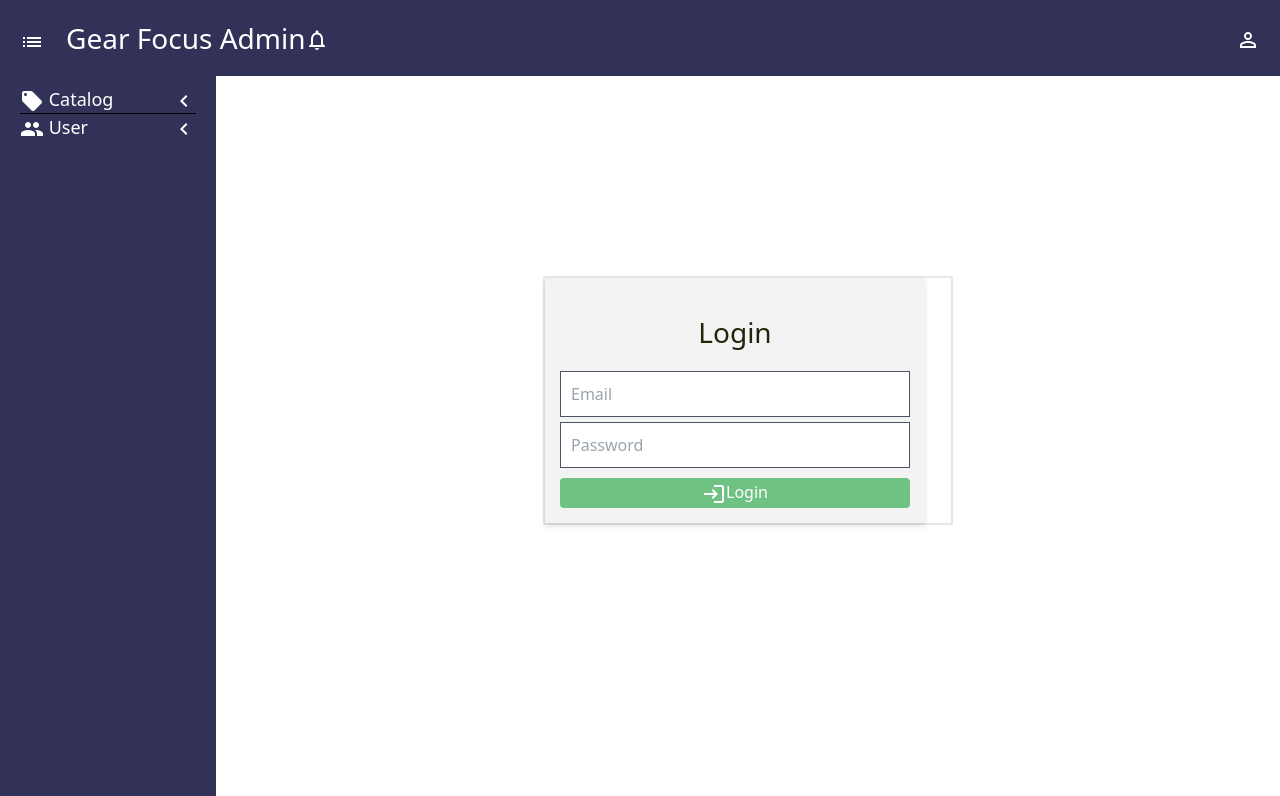
Repository: Kiendz3202/projectFinalPGS
Page: /home
The author's editor kept a copy of each file at every save. The page is drawn from the files as they stood at one save, then again after the next save.
The browser window is 1280 px wide. The pictures show the whole page.
The project was rebuilt for these pictures with package versions that can differ from the ones it lists, and the page was loaded fresh each time. Also part of the build but not shown: src/App.css, src/pages/HomePage.tsx.

Above is the page before, as saved 2022-03-07 23:16:14.

### src/index.tsx
import React from 'react';
import ReactDOM from 'react-dom';
import './index.css';
import App from './App';
import { BrowserRouter} from 'react-router-dom'

ReactDOM.render(
  <BrowserRouter>
    <App />
  </BrowserRouter>,
  document.getElementById('root')
);

### src/App.tsx
import React, { Fragment } from 'react';
import logo from './logo.svg';
import './App.css';
import LoginPage from './pages/LoginPage';
import Router from './Router';
import Header from './components/header/Header';
import Navbar from './components/navbar/Navbar';

function App() {
  return (
    <Fragment>
    <Header />
    <div className='flex w-full'>
    <Navbar />
    <Router />
    </div>
    </Fragment>
  );
}

export default App;

### src/Router.tsx
import React, { lazy } from 'react';
import { Route, Routes,BrowserRouter,Navigate } from 'react-router-dom';
import {ROUTES} from './config/Routes'
import ProtectedRoute from './ProtectedRoute';
import { Suspense } from 'react';


const HomePage = lazy(() => import('./pages/HomePage'));
const LoginPage = lazy(() => import('./pages/LoginPage'));

interface Props {}

const Router = (props: Props) => {

  return (
    <Suspense fallback={<div>Loading.....</div>}>
      <Routes>
        <Route path={ROUTES.login} element={<LoginPage />} />
        <Route path={ROUTES.home} element={<ProtectedRoute />} />
        <Route path="/" element={<Navigate to={ROUTES.login} />} />
      </Routes>
    </Suspense>
  );
};

export default Router

### src/components/header/Header.tsx
import React from 'react'
import ListIcon from '@mui/icons-material/List';
import NotificationsNoneIcon from '@mui/icons-material/NotificationsNone';
import PersonOutlineIcon from '@mui/icons-material/PersonOutline';

function Header() {
  return (
    <div className='w-full p-[20px] bg-[#323259] text-white'>
        <div className='w-full flex justify-between h-[36px] '>
        <div className='leading-[36px]'>
            <ul className='flex'>
                <li className='text-[28px] mr-[22px]'><ListIcon /></li>
                <li className='text-[28px]'>Gear Focus Admin</li>
                <li className=' text-[20px]'><NotificationsNoneIcon /></li>
            </ul>
        </div>
        <div className='leading-[36px]'>
            <PersonOutlineIcon />
        </div>
        </div>
    </div>
  )
}

export default Header

### src/components/navbar/Navbar.tsx
import React from 'react'
import GroupIcon from '@mui/icons-material/Group';
import LocalOfferIcon from '@mui/icons-material/LocalOffer';
import ChevronLeftIcon from '@mui/icons-material/ChevronLeft';

function Navbar() {
  return (
    <div className=' w-[216px] max-w-[216px] px-[20px] py-[10px] h-screen bg-[#323259] text-white'>
        <ul>
            <div className='flex justify-between text-[18px] border-b-[1px] border-black'>
                <li><LocalOfferIcon className=' text-xs' /> Catalog</li>
                <li><ChevronLeftIcon /></li>
            </div>
            <div className='flex justify-between text-[18px]'>
                <li><GroupIcon /> User</li>
                <li><ChevronLeftIcon /></li>
            </div>
        </ul>
    </div>
  )
}

export default Navbar

### src/config/Routes.tsx
export const ROUTES = {
    home:'/home',
    login:'/login'
}

### src/ProtectedRoute.tsx
import React from 'react'
import { Navigate, Route,RouteProps } from 'react-router-dom'
// import {Redirect} from 'react-router-dom'
import {ROUTES} from './config/Routes'
import HomePage from './pages/HomePage'


interface Props extends RouteProps {}

function ProtectedRoute(props: Props) {
  const {...rest} = props
  const auth = sessionStorage.getItem('statusText')
  if(auth == 'OK'){
    return <HomePage />
  }
  return (
    <Navigate to={ROUTES.login} />
  )
}

export default ProtectedRoute

// import React from 'react';
// import { Redirect, Route, RouteProps } from 'react-router-dom';
// import { ROUTES } from '../../../configs/routes';
// import Cookies from 'js-cookie';
// import { ACCESS_TOKEN_KEY } from '../../../utils/constants';
// import { RouteSharp } from '@mui/icons-material';

// interface Props extends RouteProps {}

// const ProtectedRoute = (props: Props) => {
//   const { ...rest } = props;
//   const auth = Cookies.get(ACCESS_TOKEN_KEY);

//   if (auth) {
//     return <Route {...rest} />;
//   }

//   return (
//     <Redirect
//       to={{
//         pathname: ROUTES.login,
//       }}
//     />
//   );
// };

// export default ProtectedRoute;

### src/pages/LoginPage.tsx
import React,{useState} from 'react'
import { useNavigate } from 'react-router-dom';
import { ILoginValidation } from '../components/auth/auth'
import Login from '../components/auth/Login'


function LoginPage() {
    const [loading, setLoading] = useState(false);
    const [errorMessage, setErrorMessage] = useState('');
    const navigate = useNavigate()
    const onLogin = async (value:ILoginValidation) =>{
      try{
        const response = await fetch('https://api.gearfocus.div4.pgtest.co/api/authentication/login',{
        method:'POST',
        headers:{
          'Content-Type': 'application/json'
        },
        body:JSON.stringify({
          email:value.email,
          password:value.password
        })
      })
      if(!response){
        throw new Error('something wrong')
        return;
      }
      // console.log(response)
        sessionStorage.setItem("statusText",response.statusText)
        navigate('/home')
      }catch(errorMessage){
        console.warn(errorMessage)
      }
    }

    return (
        <Login onLogin={onLogin} loading={loading} errorMessage={errorMessage} />
    )
}

export default LoginPage

### src/components/auth/Login.tsx
import React, { useState } from 'react'
import LoginIcon from '@mui/icons-material/Login';
import { ILoginValidation } from './auth';
import ValidateLoginForm from './ValidateLoginForm';

interface Props{
    onLogin(value:ILoginValidation):void;
    loading:boolean;
    errorMessage:string
}

const InvalidEmailWarn = () => {
    return <p>InValid email address</p>
}
const InvalidPasswordWarn = () => {
    return <p>Invalid password. Password must be at least 6 characters long, and capital letter at the beginning.</p>
}

function Login(props:Props) {
    const {onLogin,loading,errorMessage} = props;
    const [formValue,setFormValue] = useState({email:'',password:''})
    const [isValidated,setIsValidated] = useState({email:'',password:''})
    const [email,setEmail] = useState('');
    const [password,setPassword] = useState('');
    // const onSubmit = React.useCallback((e: React.FormEvent<HTMLElement>) =>{
        // e.preventDefault();
        // setIsValidated(ValidateLoginForm(formValue));
        // if(isValidated.email && isValidated.password){
        //     onLogin(formValue);
        // }else{
        //     return;
        // }
        // console.log(isValidated)
            // onLogin(formValue))
    // }
    const valid = (value:ILoginValidation) =>{
        if(value.email === '' && value.password === ''){
            return true
        }else{
            return false
        }
    }
    const onSubmit = React.useCallback(() => {
        setIsValidated(ValidateLoginForm(formValue));
        console.log(ValidateLoginForm(formValue))
        console.log(valid(ValidateLoginForm(formValue)))
        if (!valid(ValidateLoginForm(formValue))) {
            return;
          }

          onLogin(formValue);

      }, [formValue, onLogin]);
    return (
        <div className=' max-w-[410px] w-full m-auto border-2 mt-[200px]'>
            <form  onSubmit={(e) => {
        e.preventDefault();
        onSubmit();
      }} className='flex flex-col w-[380px] p-[15px] bg-[#f3f3f3] drop-shadow-md'>
                <p className=' text-center text-[#212509] text-[28px] my-[18px]'>Login</p>
                <div className=' justify-center mb-[5px] '>
                    <input onChange={(e) => setFormValue({...formValue,email:e.target.value})} value={formValue.email} type="text" className='w-full p-[10px] border border-gray-600 outline-blue-300' placeholder='Email' />
                    {isValidated.email ?? <p>{isValidated.email}</p>}
                </div>
                <div className=' justify-center mb-[10px] '>
                    <input onChange={(e) => setFormValue({...formValue,password:e.target.value})} value={formValue.password} type="password" className='w-full p-[10px] border border-gray-600 outline-blue-300' placeholder='Password' />
                    {isValidated.password ?? <p>{isValidated.password}</p>}
                </div>
                <button className=' bg-[#70c282] h-[30px] rounded text-white font-medium'>
                    <LoginIcon />
                    Login
                </button>
                {errorMessage ?? <p>email or password is wrong!</p>}
            </form>
        </div>
    )
}

export default Login

### src/components/auth/ValidateLoginForm.tsx
import React from 'react'
import { ILoginValidation } from './auth';

export function ValidateEmail(email:string) {
    let isValidated = String(email)
    .toLowerCase()
    .match(
      /^(([^<>()[\]\\.,;:\s@"]+(\.[^<>()[\]\\.,;:\s@"]+)*)|(".+"))@((\[[0-9]{1,3}\.[0-9]{1,3}\.[0-9]{1,3}\.[0-9]{1,3}\])|(([a-zA-Z\-0-9]+\.)+[a-zA-Z]{2,}))$/
    )
    if(isValidated){
        return '';
    }else{
        return 'emailInvalid'
    }
}
export function ValidatePassword(password:string){
    if(password.length >= 6){
        return ''
    }else{
        return 'min length is 6 characters'
    }
}
export default function ValidateLoginForm(formValue:ILoginValidation){
    return {
        email:ValidateEmail(formValue.email),
        password:ValidatePassword(formValue.password)
    }
}

Loaded but not shown: public/index.html (common file); src/index.css (common file); tailwind.config.js (common file)

After the next save:
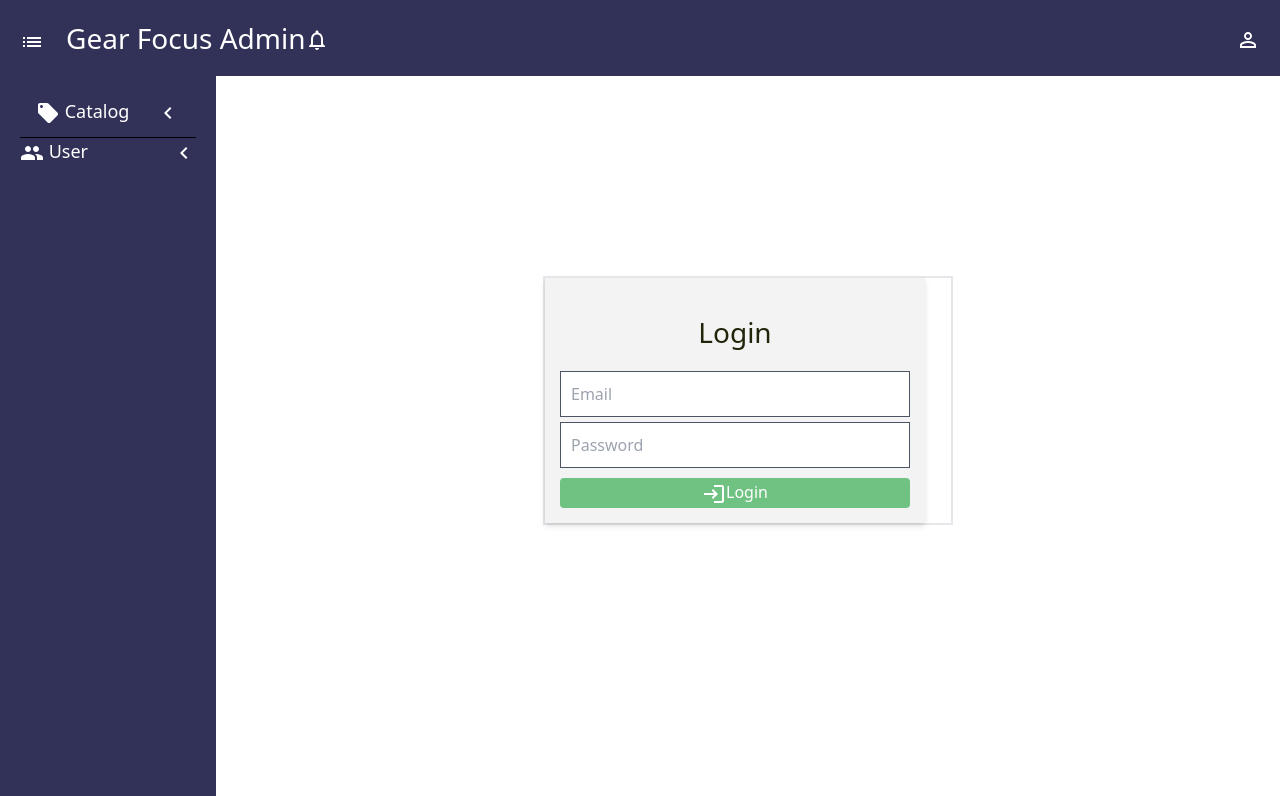
Saved 34 s later.
--- a/src/components/navbar/Navbar.tsx
+++ b/src/components/navbar/Navbar.tsx
@@ -7,7 +7,7 @@ function Navbar() {
   return (
     <div className=' w-[216px] max-w-[216px] px-[20px] py-[10px] h-screen bg-[#323259] text-white'>
         <ul>
-            <div className='flex justify-between text-[18px] border-b-[1px] border-black'>
+            <div className='flex justify-between text-[18px] border-b-[1px] py-[12px] px-[16px] border-black'>
                 <li><LocalOfferIcon className=' text-xs' /> Catalog</li>
                 <li><ChevronLeftIcon /></li>
             </div>
